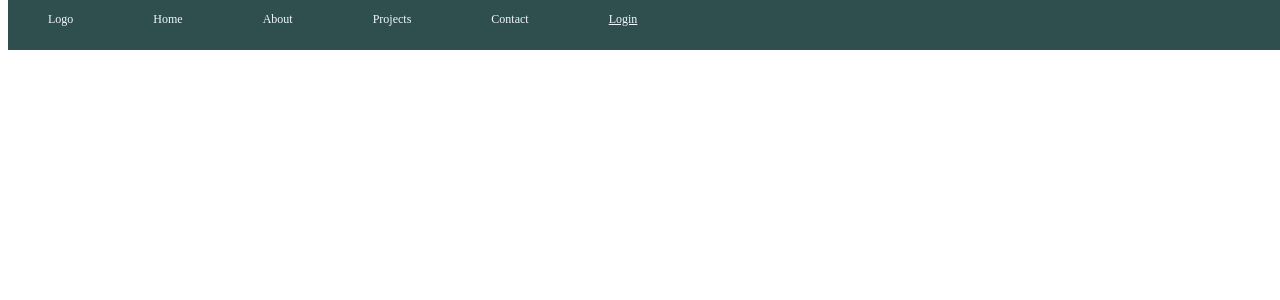
Repository: congle98/CSS_LayoutRWDCoBan
Page: index.html
The author's editor kept a copy of each file at every save. The page is drawn from the files as they stood at one save, then again after a run of saves.
The browser window is 1280 px wide. The pictures show the whole page.

Above is the page before, as saved 2021-05-26 16:04:00.

After the next 2 saves:
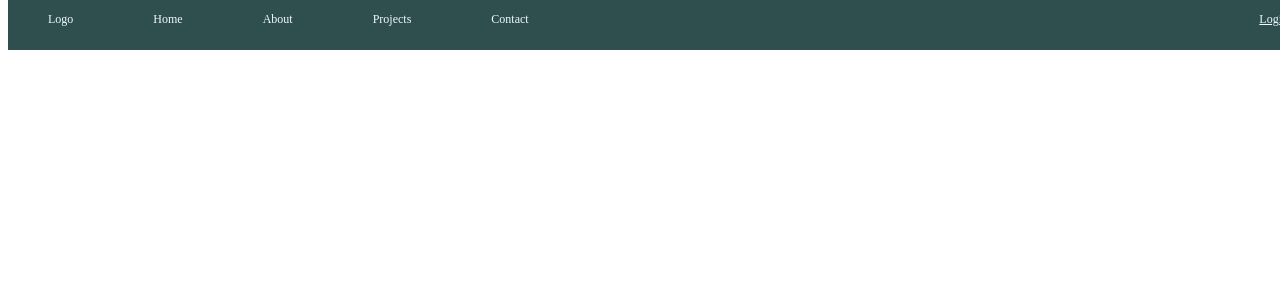
The 2 saves are shown as one change because they came seconds apart.
The last was saved 31 s later.
--- a/index.html
+++ b/index.html
@@ -30,7 +30,7 @@
         }
         .header__nav-login{
             color: aliceblue;
-            position:relative;
+            position:absolute;
             right: 0;
         }
     </style>

After the 2 saves that followed:
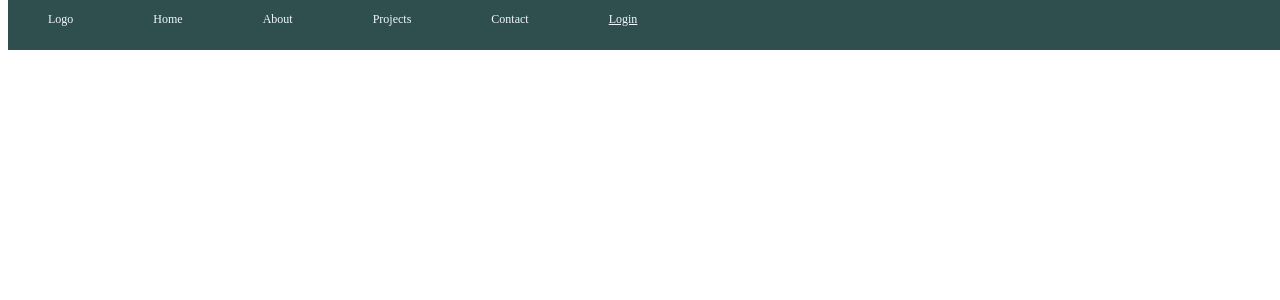
The 2 saves are shown as one change because they came seconds apart.
The last was saved 9 s later.
--- a/index.html
+++ b/index.html
@@ -31,7 +31,7 @@
         .header__nav-login{
             color: aliceblue;
             position:absolute;
-            right: 0;
+            right: 20;
         }
     </style>
 </head>
